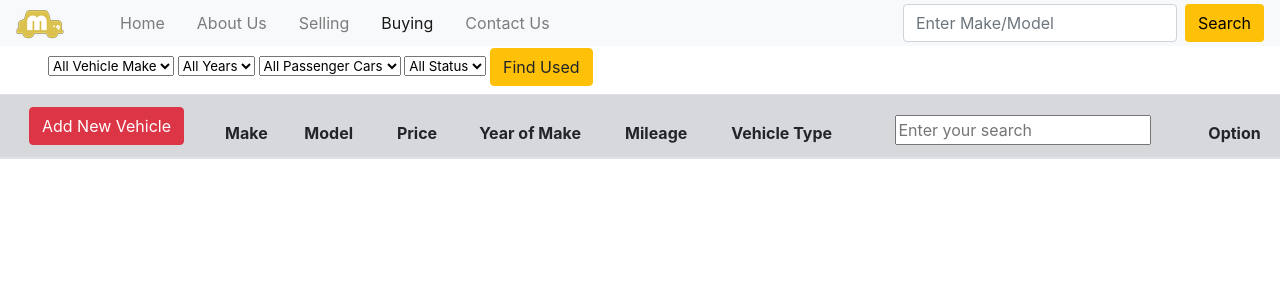
Repository: 99Ace/Project3-car-listing
Page: http://localhost/
The author's editor kept a record of every edit. The page is drawn from the files as they stood at one moment, then again after the next edit.
The browser window is 1280 px wide. The pictures show the whole page.
Some web libraries are served in a nearby version. The page is served by the project's application, run on Flask 3 (app.py). Queries for data that is not in the repository find no rows.

Above is the page before.

After the next edit:
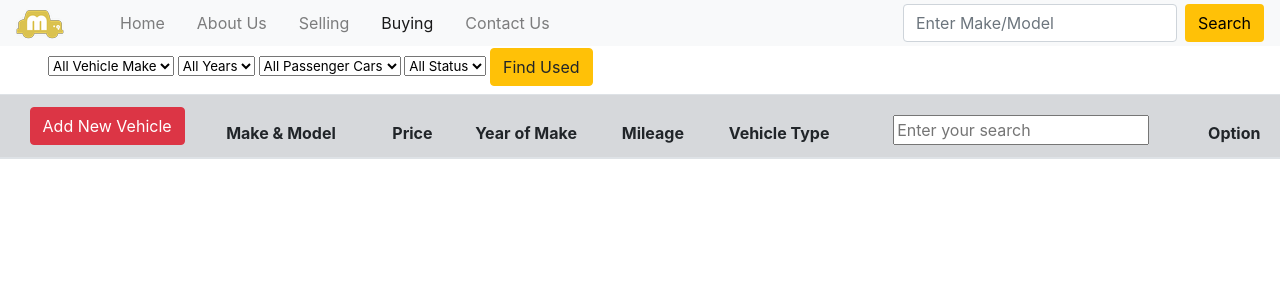
The edit:
--- a/templates/index.html
+++ b/templates/index.html
@@ -119,8 +119,7 @@
           <thead class="listing">
             <tr class="table-secondary">
               <th><a href="{{ url_for('add_listing') }}" class="btn btn-danger">Add New Vehicle</a></th>
-              <th class="text-left">Make </th>
-              <th class="text-left">Model</th>
+              <th class="text-left">Make & Model </th>
               <th>Price</th>
               <th>Year of Make</th>
               <th>Mileage</th>
